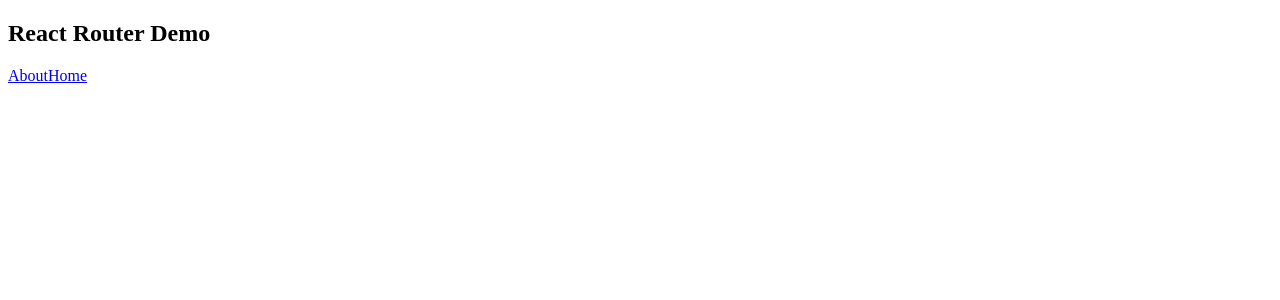
Repository: Astonishing-dreams/react-rouer5
Page: /
The author's editor kept a copy of each file at every save. The page is drawn from the files as they stood at one save, then again after the next save.
The browser window is 1280 px wide. The pictures show the whole page.
The project was rebuilt for these pictures with package versions that can differ from the ones it lists, and the page was loaded fresh each time. Also part of the build but not shown: src/pages/Home.jsx. Imported but missing from the stored project, and not drawn on this page: src/pages/About.

Above is the page before, as saved 2022-07-22 22:39:37.

### src/index.js
import React from 'react';
import ReactDOM from 'react-dom/client';
import { BrowserRouter } from 'react-router-dom'
import App from './App';


const root = ReactDOM.createRoot(document.getElementById('root'));
root.render(
    <BrowserRouter>
        <App />
    </BrowserRouter>
);

### src/App.jsx
import React from 'react'
import { Switch, Route } from 'react-router-dom'
import Home from './pages/Home'
import About from './pages/About'
import MyNavLink from './components/MyNavLink'

export default function App() {
  return (
    <div>
      <div className="row">
        <div className="col-xs-offset-2 col-xs-8">
          <div className="page-header"><h2>React Router Demo</h2></div>
        </div>
      </div>
      <div className="row">
        <div className="col-xs-2 col-xs-offset-2">
          <div className="list-group">
            {/* <a className="list-group-item" href="./about.html">About</a>
            <a className="list-group-item active" href="./home.html">Home</a> */}
            <MyNavLink to="/a/about">About</MyNavLink>
            <MyNavLink to="/a/home">Home</MyNavLink>
          </div>
        </div>
        <div className="col-xs-6">
          <div className="panel">
            <div className="panel-body">
              {/* 注册路由 */}
              <Switch>
                <Route path='/a/about' component={About}></Route>
                <Route path='/a/home' component={Home}></Route>
              </Switch>
            </div>
          </div>
        </div>
      </div>
    </div>
  )
}

### src/components/MyNavLink/index.jsx
import React from 'react'
import { NavLink } from 'react-router-dom'

export default function MyNavLink(props) {

    return (
        <NavLink activeClassName='active' className="list-group-item" {...props} />
    )
}

Loaded but not shown: public/index.html (common file)

After the next save:
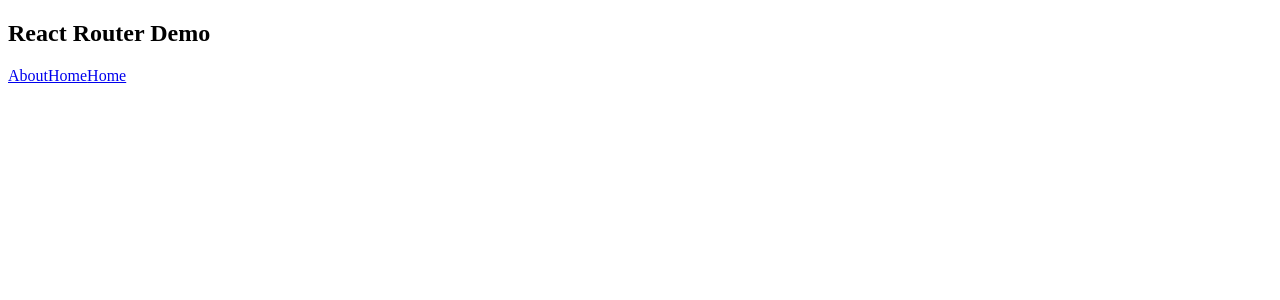
Saved 6 min 26 s later.
--- a/src/App.jsx
+++ b/src/App.jsx
@@ -19,6 +19,7 @@
             <a className="list-group-item active" href="./home.html">Home</a> */}
             <MyNavLink to="/a/about">About</MyNavLink>
             <MyNavLink to="/a/home">Home</MyNavLink>
+            <MyNavLink to="/a/home/b/c">Home</MyNavLink>
           </div>
         </div>
         <div className="col-xs-6">

After the save that followed:
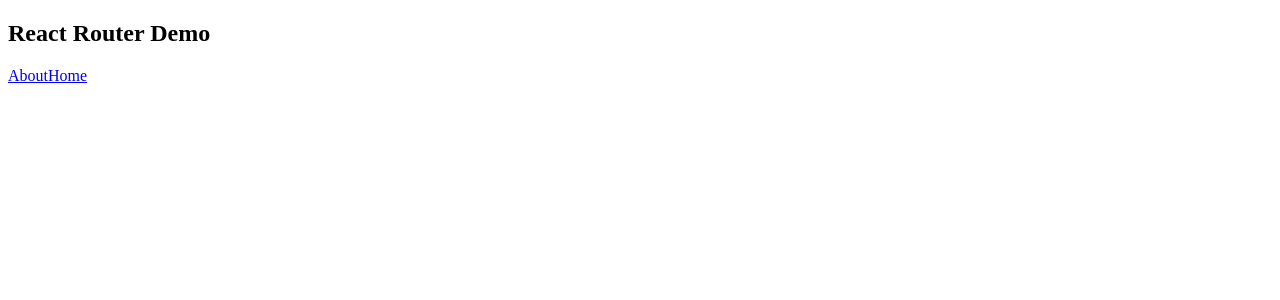
Saved 23 s later.
--- a/src/App.jsx
+++ b/src/App.jsx
@@ -19,7 +19,8 @@
             <a className="list-group-item active" href="./home.html">Home</a> */}
             <MyNavLink to="/a/about">About</MyNavLink>
             <MyNavLink to="/a/home">Home</MyNavLink>
-            <MyNavLink to="/a/home/b/c">Home</MyNavLink>
+            {/* 模糊匹配 <MyNavLink to="/a/home/b/c">Home</MyNavLink> */}
+
           </div>
         </div>
         <div className="col-xs-6">
